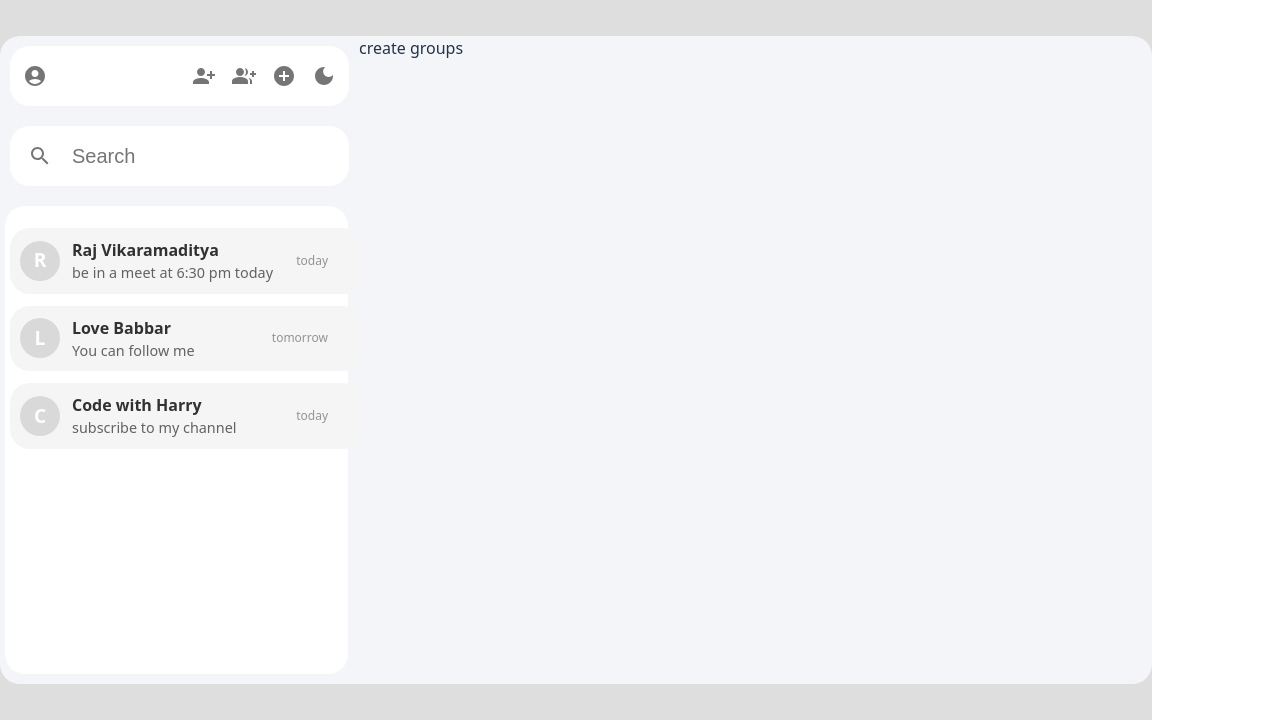
Repository: rahul-chakradhari/chat_app
Page: /
An editor plug-in stored every save of this project. The page is shown before and after the next save, followed by the edit.
The browser window is 1280 px wide. The pictures show the whole page.
The project was rebuilt for these pictures with package versions that can differ from the ones it lists, and the page was loaded fresh each time. Also part of the build but not shown: vite.config.js, src/components/Messagebyme.jsx, src/components/Messagebyothers.jsx, src/components/Chatarea.jsx, src/components/Welcome.jsx.

Above is the page before, as saved 2025-02-28 19:45:19.

After the next save:
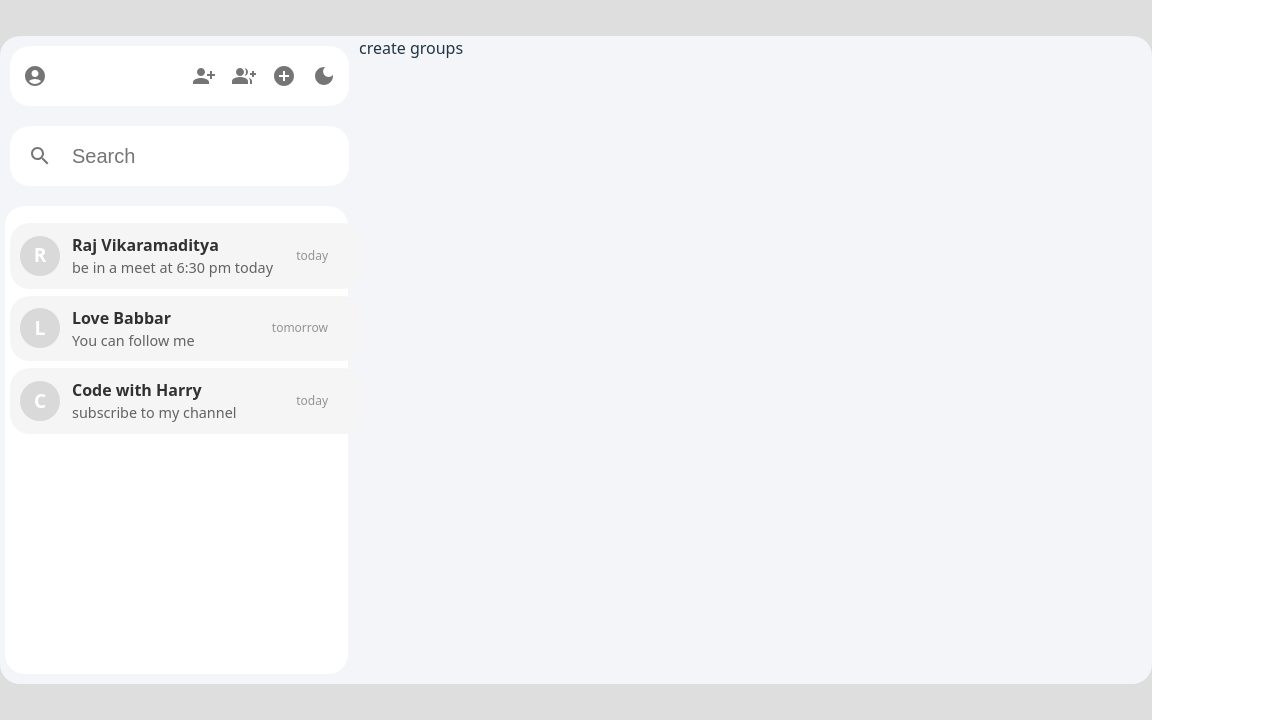
Saved 8 s later.
--- a/src/components/Mystyles.css
+++ b/src/components/Mystyles.css
@@ -60,7 +60,7 @@
   border-radius: 20px;
   margin-left: auto;
   margin-right: auto;
-  margin-top: 12px;
+  margin-top: 7px;
   background-color: #f5f5f5; /* Light background */
   width: 100%;
   overflow: scroll;
